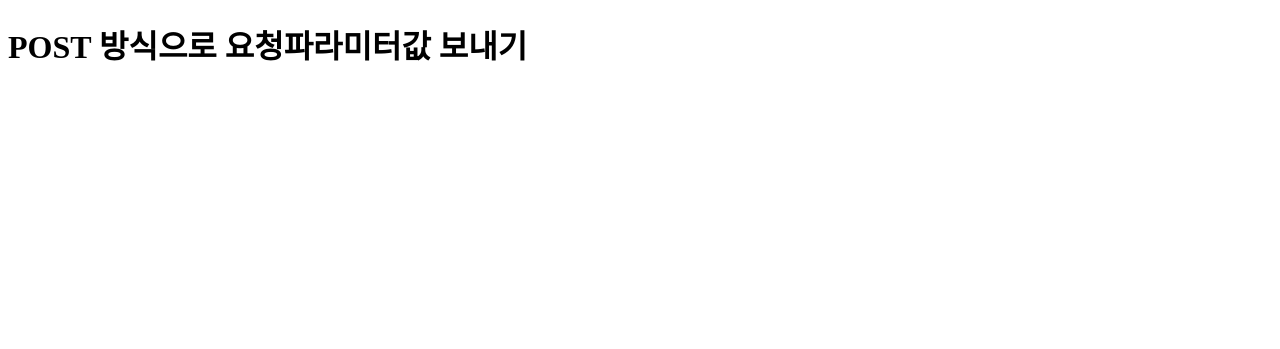
Repository: onuo77/ja_HTA
Page: http://localhost/sample/req/demo4.jsp
These files come from the project's save history. The page is drawn as it stood at one moment and after the next save; the edit follows.
The browser window is 1280 px wide. The pictures show the whole page.
The page is served by Tomcat 9.

Above is the page before, as saved 2021-05-20 06:08:33.

After the next save:
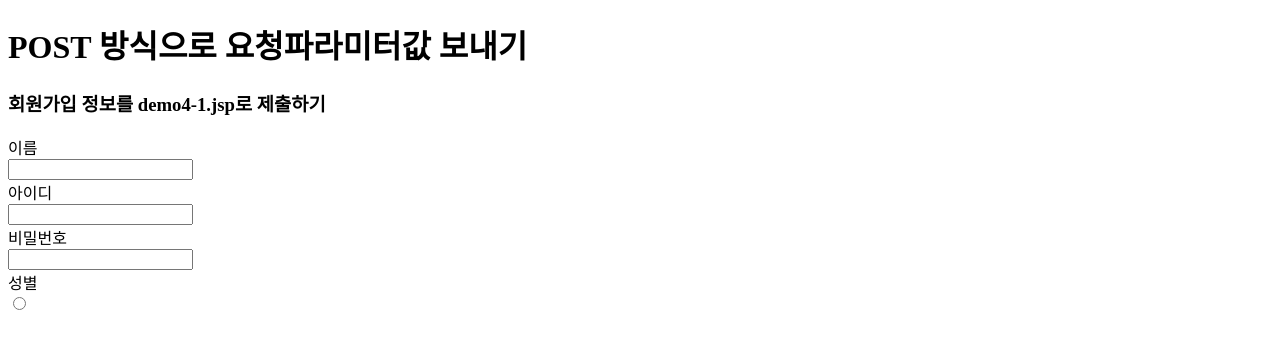
Saved 3 min 45 s later.
--- a/java-web/sample/src/main/webapp/req/demo4.jsp
+++ b/java-web/sample/src/main/webapp/req/demo4.jsp
@@ -17,5 +17,16 @@
 			- form태그의 method 속성을 생략한다.
 			- form태그의 method 속성값을 GET으로 설정한다.
 	 -->
+	 <h3>회원가입 정보를 demo4-1.jsp로 제출하기</h3>
+	 <form method="post" action="demo4-1.jsp">
+	 	이름<br/>
+	 	<input type="text" name="username"><br/>
+	 	아이디<br/>
+	 	<input type="text" name="userid"><br/>
+	 	비밀번호<br/>
+	 	<input type="password" name="userpassword"><br/>
+	 	성별<br/>
+	 	<input type="radio" name="gender"><br/>
+	 </form>
 </body>
 </html>
